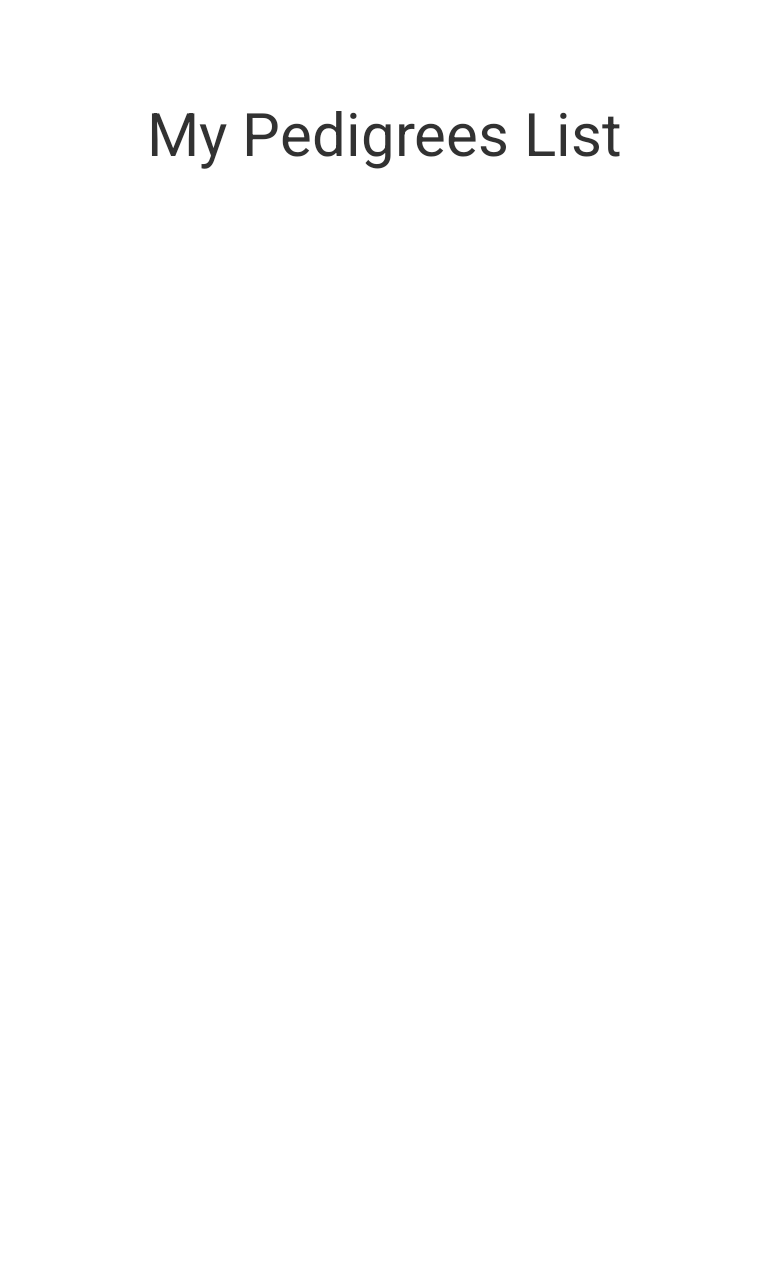
Repository: ivanbuhov/FamilyAndroidClient
Layout: Family/res/layout/activity_my_pedigrees.xml
The author's editor kept a copy of each file at every save. The layout is drawn from the files as they stood at one save, then again after the next save.
It is drawn on a 768 x 1280 px phone screen (xhdpi) without system bars, with theme AppTheme; the app's code is not run. Lists and similar views that code fills are empty.

Above is the layout before, as saved 2013-11-19 12:22:13.

### Family/res/layout/activity_my_pedigrees.xml
<merge xmlns:android="http://schemas.android.com/apk/res/android"
    xmlns:tools="http://schemas.android.com/tools"
    android:layout_width="match_parent"
    android:layout_height="match_parent"
    android:paddingBottom="@dimen/activity_vertical_margin"
    android:paddingLeft="@dimen/activity_horizontal_margin"
    android:paddingRight="@dimen/activity_horizontal_margin"
    android:paddingTop="@dimen/activity_vertical_margin"
    tools:context=".MyPedigreesActivity" >


    <!-- Progress bar for the activity -->
    <ProgressBar
        	android:id="@+id/progress_my_pedigrees"
            android:layout_width="match_parent"
            android:layout_height="wrap_content"
            android:indeterminateOnly="true"
            android:layout_margin="10dp"
            android:focusable="true"
            style="?android:attr/progressBarStyleHorizontal"
            android:visibility="gone" />

    <TextView
        android:layout_width="match_parent"
		android:layout_height="wrap_content"
		android:textSize="30sp"
		android:gravity="center_horizontal"
		android:layout_marginTop="30dp"
		android:text="@string/my_pedigrees_list_title" />

    <!-- Content -->
    <ListView android:id="@+id/content_my_pedigrees"
              android:layout_height="wrap_content"
              android:layout_width="match_parent"
              android:layout_marginTop="60dp"
              android:layout_marginBottom="30dp"
              android:paddingLeft="10dp"
              android:paddingRight="10dp" />



</merge>

### Family/res/values/strings.xml
<?xml version="1.0" encoding="utf-8"?>
<resources>

    <!-- Common strings -->
    <string name="yes">Yes</string>
    <string name="no">No</string>
    <string name="cancel">Cancel</string>
    <string name="update">Update</string>
    <string name="add">Add</string>
    <string name="refresh">Refresh</string>
    <string name="save">Save</string>
    <string name="data_saved">Data saved</string>

    <!-- Titles and names -->
    <string name="app_name">Family</string>
    <string name="title_activity_settings">Settings</string>
    <string name="title_activity_my_pedigrees">My Pedigrees</string>
    <string name="title_activity_register">Register</string>

    <!-- Menu items -->
    <string name="menu_item_settings">Settings</string>
    <string name="menu_item_login">Login/Register</string>
    <string name="menu_item_my_pedigrees">My Pedigrees</string>
    <string name="menu_item_add_pedigree">Add Pedigree</string>

    <!-- Preferences -->
    <!-- Preferences Header -->
    <string name="pref_header_title_account">Account</string>
    <string name="pref_header_title_others">Others</string>

    <!-- Preferences Titles -->
    <string name="pref_key_online_mode">online_mode</string>
    <string name="pref_title_online_mode">Online mode</string>
    <string name="pref_key_update_if_not_updated_more_than">update_frequency</string>
    <string name="pref_title_update_if_not_updated_more_than">Update if not updated more than:</string>
    <string name="pref_summary_update_if_not_updated_more_than">If you try to read data and it has been updated
    	    before less than the specified amount of time, the data will be updated again.</string>

    <!-- Alerts -->
    <string name="alert_title_registration_failed">Registration failed</string>
    <string name="alert_title_login_failed">Login failed</string>
    <string name="alert_title_loading_data_failed">Loading data failed</string>
    <string name="alert_title_deletion_failed">Failed to remove the item</string>
    <string name="alert_title_update_failed">Failed to update the item</string>
    <string name="alert_title_addition_failed">Failed to add the item</string>

    <!-- Login Activity -->
    <string name="prompt_username">Username</string>
    <string name="prompt_password">Password</string>
    <string name="register_button_text"><b>Register</b></string>
    <string name="login_button_text"><b>Login</b></string>
    <string name="action_login">Login</string>
    <string name="progressing_text">Loading&#8230;</string>
    <string name="error_short_username">The username must be no shorter than 5 characters</string>
    <string name="error_long_username">The username must be no longer than 30 characters</string>
    <string name="error_short_password">The password must be no shorter than 5 characters</string>
    <string name="error_long_password">The password must be no longer than 30 characters</string>
    <string name="error_field_required">This field is required</string>

    <!-- My Pedigrees Activity -->
    <string name="hello_world">Hello world!</string>
    <string name="progress_my_pedigrees_text">Loading pedigrees</string>
    <string name="delete_message_pedigree">Are you sure you want to delete this pedigree and all people in it?</string>
    <string name="context_menu_view">View</string>
    <string name="context_menu_edit">Edit</string>
    <string name="context_menu_delete">Delete</string>
    <string name="edit_pedigree_title">Title:</string>
    <string name="add_pedigree_title">Add new pedigree</string>
    <string name="my_pedigrees_list_title">My Pedigrees List</string>

    <!-- Pedigree Activity -->
    <string name="title_activity_pedigree">Pedigree</string>
    <string name="action_settings">Settings</string>
    <string name="anonymous_display_name">Unknown</string>
    <string name="no_people_message">No person selected</string>
    <string name="people_list">People list</string>

    <!-- Edit Person Activity -->
    <string name="title_activity_edit_person">Edit Person</string>

    <string name="label_display_name">Display Name:</string>
    <string name="label_first_name">First Name:</string>
    <string name="label_middle_name">Middle Name:</string>
    <string name="label_last_name">Last Name:</string>
    <string name="label_nickname">Nickname:</string>
    <string name="label_email">Email:</string>
    <string name="label_birth_date">Birth date:</string>
    <string name="label_is_alive">Is alive:</string>
    <string name="label_alive">Alive</string>
    <string name="label_dead">Dead</string>
    <string name="label_gender">Gender:</string>
    <string name="label_male">Male</string>
    <string name="label_female">Female</string>
    <string name="label_address">Address:</string>
    <string name="label_profession">Profession:</string>

    <string name="hint_display_name">The name to be displayed in the application</string>
    <string name="hint_first_name">The first name</string>
    <string name="hint_middle_name">The middle name</string>
    <string name="hint_last_name">The last(family) name</string>
    <string name="hint_nickname">A nickname of the person</string>
    <string name="hint_email">Email address</string>
    <string name="hint_address">The region where the person lives</string>
    <string name="hint_profession">Profession(occupation)</string>

</resources>

Loaded but not shown: Family/res/values/styles.xml (common file); Family/res/values-v11/styles.xml (common file); Family/res/values-v14/styles.xml (common file); Family/res/values/dimens.xml (common file)

After the next save:
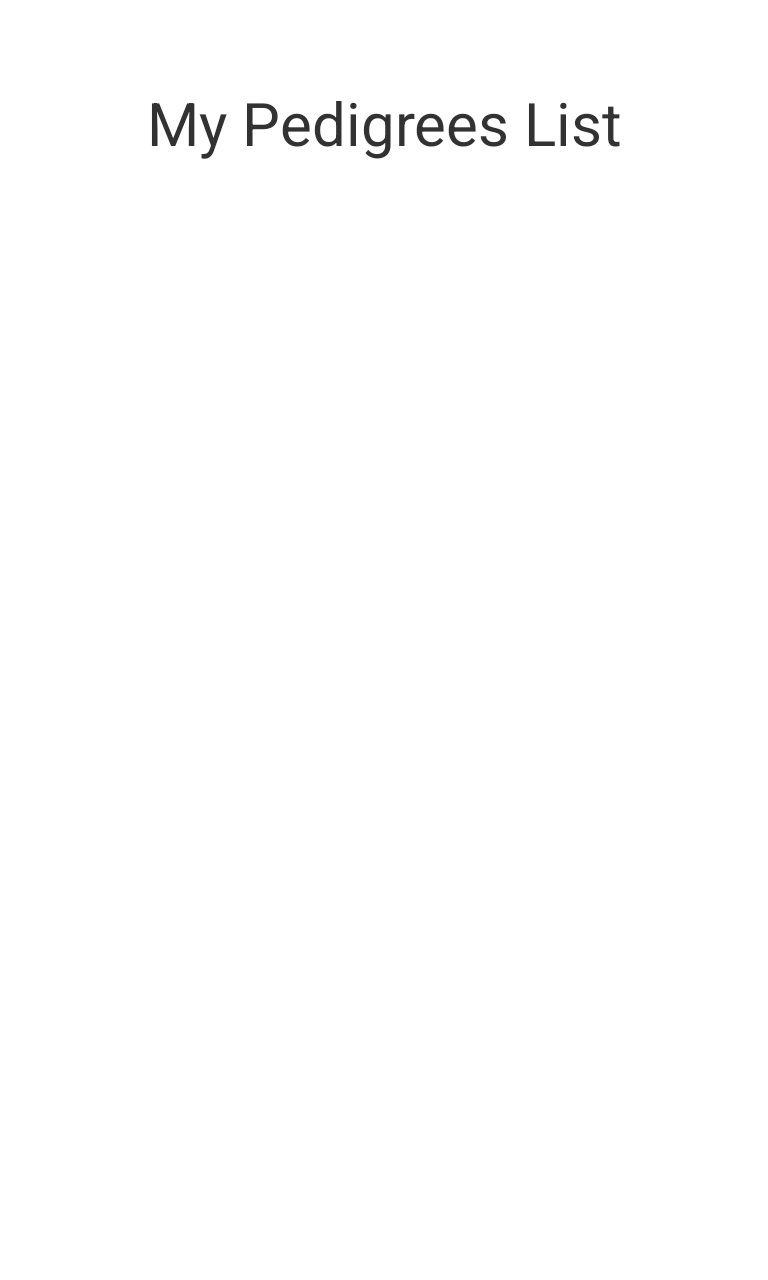
Saved 56 s later.
--- a/Family/res/layout/activity_my_pedigrees.xml
+++ b/Family/res/layout/activity_my_pedigrees.xml
@@ -25,14 +25,14 @@
 		android:layout_height="wrap_content"
 		android:textSize="30sp"
 		android:gravity="center_horizontal"
-		android:layout_marginTop="30dp"
+		android:layout_marginTop="25dp"
 		android:text="@string/my_pedigrees_list_title" />
 
     <!-- Content -->
     <ListView android:id="@+id/content_my_pedigrees"
               android:layout_height="wrap_content"
               android:layout_width="match_parent"
-              android:layout_marginTop="60dp"
+              android:layout_marginTop="70dp"
               android:layout_marginBottom="30dp"
               android:paddingLeft="10dp"
               android:paddingRight="10dp" />
